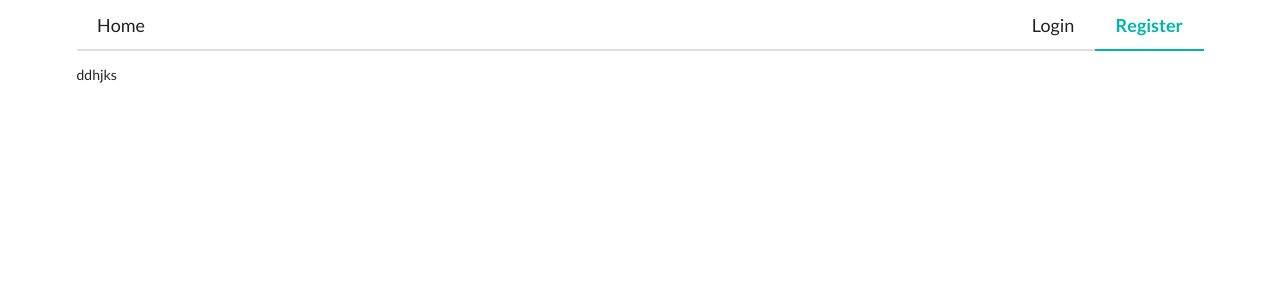
Repository: m-ahmadshaikh/SociaSpark
Page: /register (app in client/)
An editor plug-in stored every save of this project. The page is shown before and after the next save, followed by the edit.
The browser window is 1280 px wide. The pictures show the whole page.
The project was rebuilt for these pictures with package versions that can differ from the ones it lists, and the page was loaded fresh each time. Also part of the build but not shown: client/vite.config.js, client/src/App.css, client/src/components/PostCard.jsx, client/src/pages/Home.jsx, client/src/pages/Login.jsx.

Above is the page before, as saved 2022-10-23 14:51:54.

### client/index.html
<!DOCTYPE html>
<html lang="en">
  <head>
    <meta charset="UTF-8" />
    <link rel="icon" type="image/svg+xml" href="/vite.svg" />
    <meta name="viewport" content="width=device-width, initial-scale=1.0" />
    <title>Hi World!</title>
  </head>
  <body>
    <div id="root"></div>
    <script type="module" src="/src/main.js"></script>
  </body>
</html>

### client/src/main.js
import ReactDOM from 'react-dom/client';
import ApolloProvider from './ApolloProvider';

import 'semantic-ui-css/semantic.min.css';

ReactDOM.createRoot(document.getElementById('root')).render(ApolloProvider);

### client/src/ApolloProvider.jsx
import { ApolloClient, ApolloProvider, InMemoryCache } from '@apollo/client';
import App from './App';

const client = new ApolloClient({
  uri: 'http://localhost:4000/',
  cache: new InMemoryCache(),
});

export default (
  <ApolloProvider client={client}>
    <App />
  </ApolloProvider>
);

### client/src/App.jsx
import './App.css';
import { BrowserRouter as Router, Route, Routes } from 'react-router-dom';
import Home from './pages/Home';
import Login from './pages/Login';
import Register from './pages/Register';
import { Container } from 'semantic-ui-react';
import Layout from './layouts/Layout';
function App() {
  return (
    <Router>
      <Routes>
        <Route element={<Layout />}>
          <Route path="/" element={<Home />} />
          <Route path="/login" element={<Login />} />
          <Route path="/register" element={<Register />} />
        </Route>
      </Routes>
    </Router>
  );
}

export default App;

### client/src/pages/Register.jsx
import React from 'react';
import { Form } from 'react-router-dom';

export default function Register() {
  return <div>ddhjks</div>;
}

### client/src/layouts/Layout.jsx
import React from 'react';
import { Outlet } from 'react-router-dom';
import { Container } from 'semantic-ui-react';
import MenuBar from '../components/MenuBar';

export default function Layout() {
  return (
    <div>
      <Container>
        <MenuBar />
        <Outlet />
      </Container>
    </div>
  );
}

### client/src/components/MenuBar.jsx
import React, { Component, useState } from 'react';
import { NavLink } from 'react-router-dom';
import { Menu, Segment } from 'semantic-ui-react';

export default function MenuBar() {
  const [activeItem, setActiveItem] = useState();

  const handleItemClick = (e, { name }) => setActiveItem(name);

  return (
    <Menu pointing secondary size="massive" color="teal">
      <Menu.Item
        name="home"
        active={activeItem === 'home'}
        onClick={handleItemClick}
        to="/"
        end
        as={NavLink}
      />

      <Menu.Menu position="right">
        <Menu.Item
          name="login"
          active={activeItem === 'login'}
          onClick={handleItemClick}
          to="/login"
          as={NavLink}
        />
        <Menu.Item
          name="register"
          active={activeItem === 'register'}
          onClick={handleItemClick}
          to="/register"
          as={NavLink}
        />
      </Menu.Menu>
    </Menu>
  );
}

After the next save:
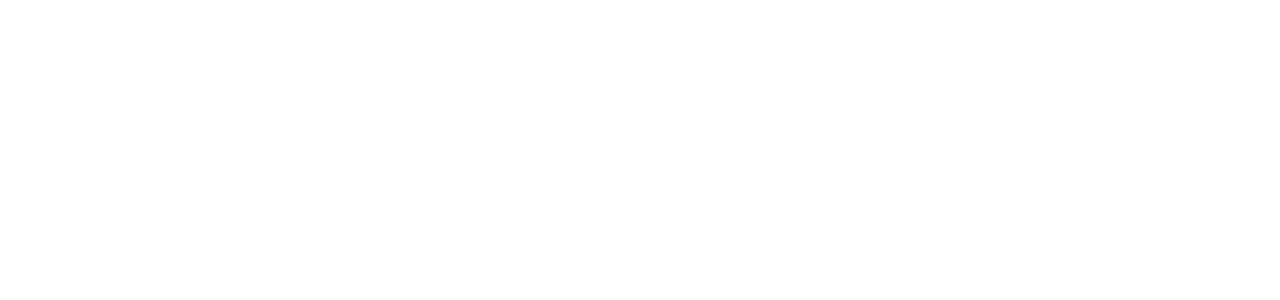
Console error (its wording comes from the project's code and is left out).
Saved 6 s later.
--- a/client/src/pages/Register.jsx
+++ b/client/src/pages/Register.jsx
@@ -2,5 +2,12 @@
 import { Form } from 'react-router-dom';
 
 export default function Register() {
-  return <div>ddhjks</div>;
+  return (
+    <Form>
+      <Form.Group widths="equal">
+        <Form.Input label="Enter Email" type="email" />
+        <Form.Input label="Enter Password" type="password" />
+      </Form.Group>
+    </Form>
+  );
 }

After the save that followed:
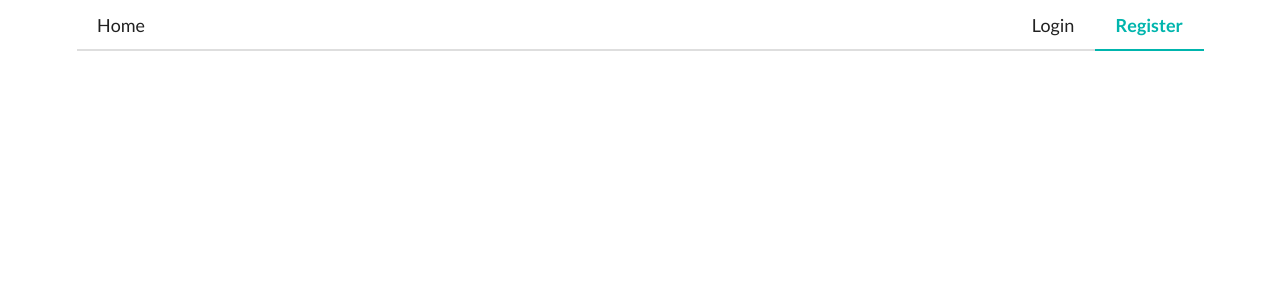
The error is gone.
Saved 116 s later.
--- a/client/src/pages/Register.jsx
+++ b/client/src/pages/Register.jsx
@@ -2,12 +2,5 @@
 import { Form } from 'react-router-dom';
 
 export default function Register() {
-  return (
-    <Form>
-      <Form.Group widths="equal">
-        <Form.Input label="Enter Email" type="email" />
-        <Form.Input label="Enter Password" type="password" />
-      </Form.Group>
-    </Form>
-  );
+  return <div></div>;
 }
